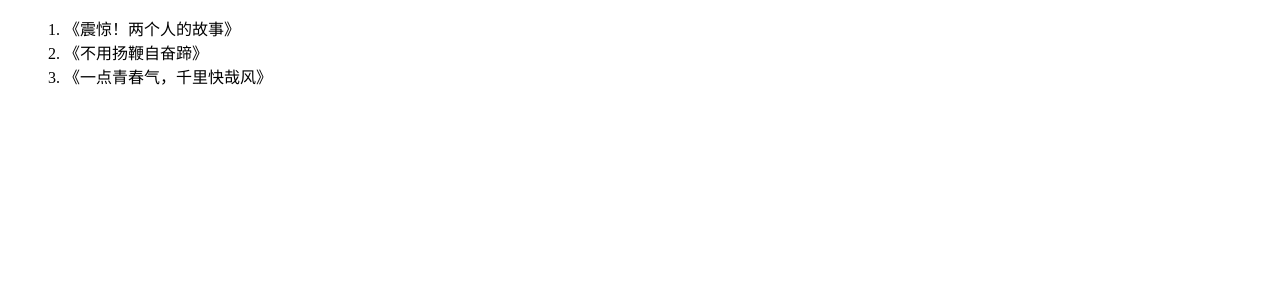
Repository: 123648923/html5-css3
Page: css/11 列表属性/列表相关属性.html
These files come from the project's save history. The page is drawn as it stood at one moment and after the next save; the edit follows.
The browser window is 1280 px wide. The pictures show the whole page.

Above is the page before, as saved 2023-11-06 16:01:21.

### css/11 列表属性/列表相关属性.html
<!DOCTYPE html>
<html lang="zh-CN">
<head>
    <meta charset="UTF-8">
    <title>列表相关属性</title>
    <style>
        ul{
            /* 列表符号 */
            list-style-type: decimal ;
            /* 列表符号位置 */
            list-style-position: inside;
        }
    </style>
</head>
<body>
    <ul>
        <li>《震惊！两个人的故事》</li>
        <li>《不用扬鞭自奋蹄》</li>
        <li>《一点青春气，千里快哉风》</li>
    </ul>
</body>
</html>

After the next save:
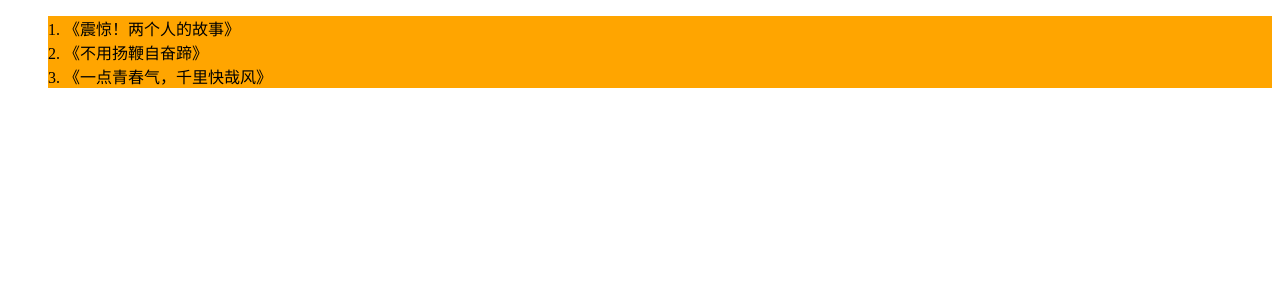
Saved 26 s later.
--- a/css/11 列表属性/列表相关属性.html
+++ b/css/11 列表属性/列表相关属性.html
@@ -10,6 +10,9 @@
             /* 列表符号位置 */
             list-style-position: inside;
         }
+        li{
+            background-color: orange;
+        }
     </style>
 </head>
 <body>
